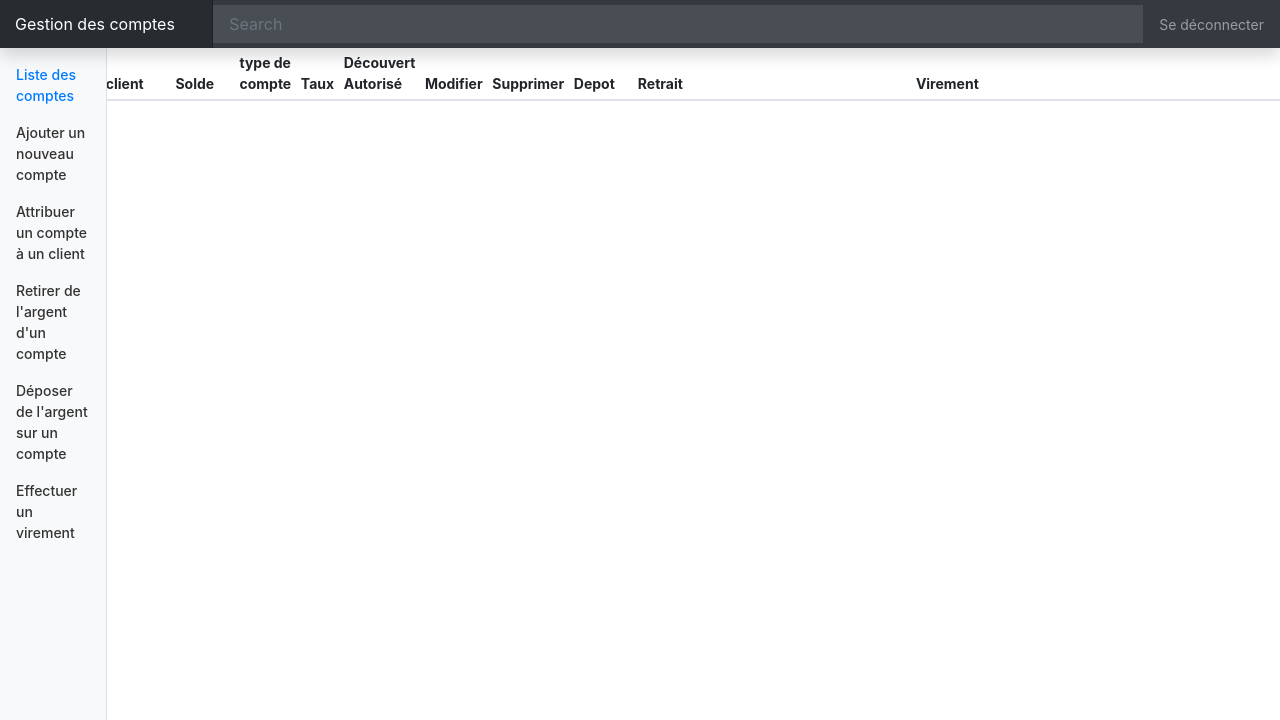
Repository: liiiseee/Projet
Page: http://localhost/02_projet_gestion_clients_compte/menu-comptes.jsp
These files come from the project's save history. The page is drawn as it stood at one moment and after the next save; the edit follows.
The browser window is 1280 px wide. The pictures show the whole page.
The page is served by Tomcat 9. Other server files are loaded and not shown. The template is opened directly, without the code that normally fills it, so the values that code supplies are empty.

Above is the page before, as saved 2020-03-30 15:26:23.

### 02_projet_gestion_clients_compte/WebContent/menu-comptes.jsp
<%@ page language="java" contentType="text/html; charset=ISO-8859-1"
    pageEncoding="ISO-8859-1"%>

<%@ taglib uri="http://java.sun.com/jsp/jstl/core" prefix="c"%>
<!DOCTYPE html>
<html>
<head>
<meta charset="ISO-8859-1">
<title>liste comptes</title>
<link href="assets/styles/bootstrap.min.css" rel="stylesheet" >

 <style>
      .bd-placeholder-img {
        font-size: 1.125rem;
        text-anchor: middle;
        -webkit-user-select: none;
        -moz-user-select: none;
        -ms-user-select: none;
        user-select: none;
      }

      @media (min-width: 768px) {
        .bd-placeholder-img-lg {
          font-size: 3.5rem;
        }
      }
    </style>
    <!-- Custom styles for this template -->
    <link href="assets/styles/dashboard.css" rel="stylesheet">
</head>
<body>

    <nav class="navbar navbar-dark fixed-top bg-dark flex-md-nowrap p-0 shadow">
  <a class="navbar-brand col-sm-3 col-md-2 mr-0" href="#">Gestion des comptes</a>
  <input class="form-control form-control-dark w-100" type="text" placeholder="Search" aria-label="Search">
  <ul class="navbar-nav px-3">
    <li class="nav-item text-nowrap">
      <a class="nav-link" href="authentification-servlet?destroy=true">Se déconnecter</a>
    </li>
  </ul>
</nav>

<div class="container-fluid" >
  <div class="row">
    <nav class="col-md-1 d-none d-md-block bg-light sidebar" >
      <div class="sidebar-sticky">
        <ul class="nav flex-column">
          <li class="nav-item">
            <a class="nav-link active" href="#">
              <span data-feather="home"></span>
              Liste des comptes <span class="sr-only">(current)</span>
            </a>
          </li>
          <li class="nav-item">
            <a class="nav-link" href="ajout-compte.jsp">
              <span data-feather="file"></span>
              Ajouter un nouveau compte
            </a>
          </li>
          <li class="nav-item">
            <a class="nav-link" href="attribuer-compte.jsp">
              <span data-feather="file"></span>
              Attribuer un compte à un client
            </a>
          </li>
         <li class="nav-item">
          <input type="hidden" name="action" value="liste"/>
            <a class="nav-link" href="menu-retrait.jsp">
              <span data-feather="shopping-cart"></span>
              Retirer de l'argent d'un compte
            </a>
          </li>

          <li class="nav-item">
          <input type="hidden" name="action" value="dep"/>
            <a class="nav-link" href="menu-depot.jsp">
              <span data-feather="users"></span>
             Déposer de l'argent sur un compte
            </a>
          </li>
          <li class="nav-item">
            <a class="nav-link" href="#">
              <span data-feather="bar-chart-2"></span>
              Effectuer un virement
            </a>
          </li>
          </ul>



      </div>
    </nav>
    </div>
    </div>





   <h2>Liste des comptes</h2>

     <div class="table-responsive">
       <table  class="table table-striped table-sm">




          <thead >
            <tr>
              	<th class="col-md-1" style="width:5%;">ID</th>
              	<th class="col-md-1" style="width:10%;">Id du client</th>
	 			<th class="col-md-1" style="width:5%;">Solde</th>
	 			<th class="col-md-1" style="width:2%;">type de compte</th>
	 			<th class="col-md-1" style="width:2%;">Taux</th>
	 			<th class="col-md-1" style="width:2%;">Découvert Autorisé</th>
	 			<th class="col-md-1" style="width:2%;">Modifier</th>
	 			<th class="col-md-1" style="width:5%;">Supprimer</th>
	 			<th class="col-md-1" style="width:5%;">Depot</th>
	 			<th class="col-md-1" style="width:10px;">Retrait</th>
	 			<th class="col-md-1" style="width:10px;">Virement</th>

            </tr>
          </thead>
          <tbody>
            <c:forEach items="${liste_comptes}" var="compte">
	 			<tr>

	 				<td>${compte.idCompte }</td>
	 				<td> ${compte.clientID } </td>
	 				<td> ${compte.solde } </td>
	 				<td> ${compte.typeCompte } </td>
	 				<td> ${compte.taux } </td>
	 				<td> ${compte.decouvert } </td>
	 				<td>
	 					<a href="gestion-compte-servlet?action=modif&id-compte=${compte.idCompte}">modifier</a>
	 				</td>


	 				<td>
	 					<a href="gestion-compte-servlet?action=supp&id-compte=${compte.idCompte}">supprimer</a>
	 				</td>

	 				<td>
	 					<a href="gestion-compte-servlet?action=depot&id-compte=${compte.idCompte}">depot</a>
	 				</td>

	 				<td>
	 					<a href="gestion-compte-servlet?action=retrait&id-compte=${compte.idCompte}">retrait</a>
	 				</td>
	 				<td>
	 					<a href="gestion-compte-servlet?action=virement&id-compte=${compte.idCompte}">virement</a>
	 				</td>




	 				</tr>

            </c:forEach>


          </tbody>

        </table>

            </div>




</body>
</html>

### 02_projet_gestion_clients_compte/WebContent/assets/styles/dashboard.css
@charset "ISO-8859-1";

body {
  font-size: .875rem;
}

.feather {
  width: 16px;
  height: 16px;
  vertical-align: text-bottom;
}

/*
 * Sidebar
 */

.sidebar {
  position: fixed;
  top: 0;
  bottom: 0;
  left: 0;
  z-index: 100; /* Behind the navbar */
  padding: 48px 0 0; /* Height of navbar */
  box-shadow: inset -1px 0 0 rgba(0, 0, 0, .1);
}

.sidebar-sticky {
  position: relative;
  top: 0;
  height: calc(100vh - 48px);
  padding-top: .5rem;
  overflow-x: hidden;
  overflow-y: auto; /* Scrollable contents if viewport is shorter than content. */
}

@supports ((position: -webkit-sticky) or (position: sticky)) {
  .sidebar-sticky {
    position: -webkit-sticky;
    position: sticky;
  }
}

.sidebar .nav-link {
  font-weight: 500;
  color: #333;
}

.sidebar .nav-link .feather {
  margin-right: 4px;
  color: #999;
}

.sidebar .nav-link.active {
  color: #007bff;
}

.sidebar .nav-link:hover .feather,
.sidebar .nav-link.active .feather {
  color: inherit;
}

.sidebar-heading {
  font-size: .75rem;
  text-transform: uppercase;
}

/*
 * Content
 */

[role="main"] {
  padding-top: 133px; /* Space for fixed navbar */
}

@media (min-width: 768px) {
  [role="main"] {
    padding-top: 48px; /* Space for fixed navbar */
  }
}

/*
 * Navbar
 */

.navbar-brand {
  padding-top: .75rem;
  padding-bottom: .75rem;
  font-size: 1rem;
  background-color: rgba(0, 0, 0, .25);
  box-shadow: inset -1px 0 0 rgba(0, 0, 0, .25);
}

.navbar .form-control {
  padding: .75rem 1rem;
  border-width: 0;
  border-radius: 0;
}

.form-control-dark {
  color: #fff;
  background-color: rgba(255, 255, 255, .1);
  border-color: rgba(255, 255, 255, .1);
}

.form-control-dark:focus {
  border-color: transparent;
  box-shadow: 0 0 0 3px rgba(255, 255, 255, .25);
}

Loaded but not shown: 02_projet_gestion_clients_compte/WebContent/assets/styles/bootstrap.min.css (library)

After the next save:
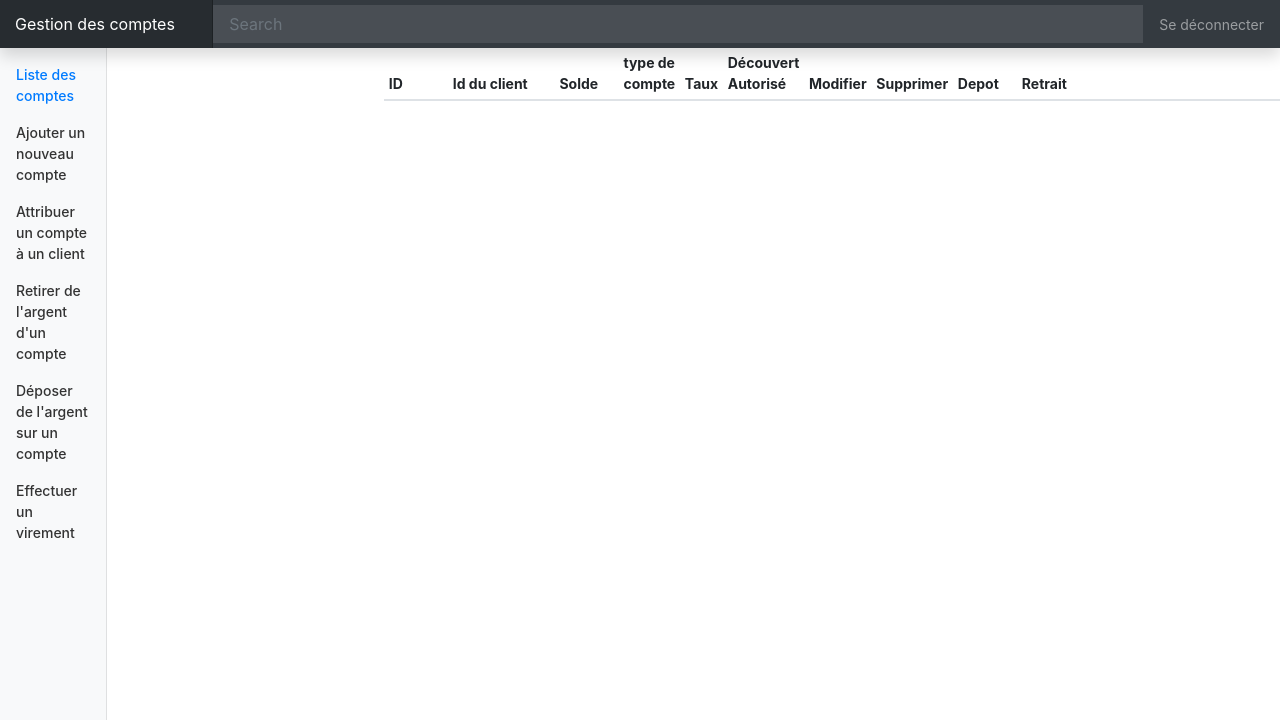
Saved 4 min 12 s later.
--- a/02_projet_gestion_clients_compte/WebContent/menu-comptes.jsp
+++ b/02_projet_gestion_clients_compte/WebContent/menu-comptes.jsp
@@ -100,7 +100,7 @@
    <h2>Liste des comptes</h2>
 
      <div class="table-responsive">
-       <table  class="table table-striped table-sm">
+       <table  class="table table-striped table-sm" style="margin-left: 30%">
 
 
 
